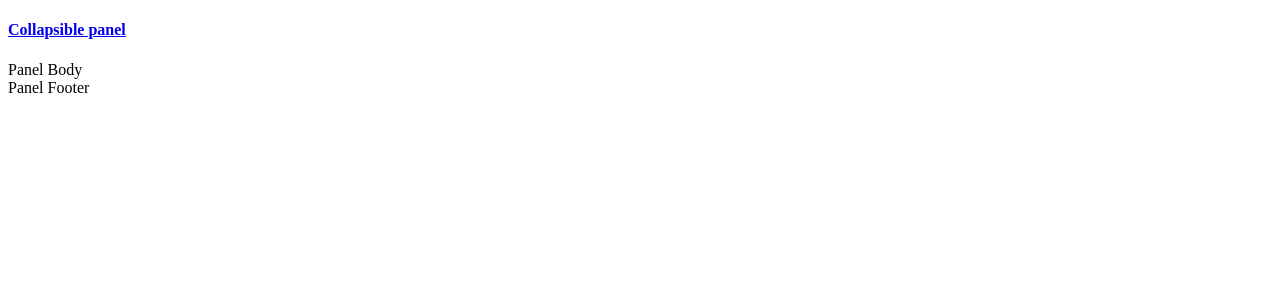
Repository: SmithaMendonca/Project-2
Page: EduCollaborationFrontend/WebContent/c_blog/ShowBlog.html
An editor plug-in stored every save of this project. The page is shown before and after the next save, followed by the edit.
The browser window is 1280 px wide. The pictures show the whole page.

Above is the page before, as saved 2019-07-16 06:30:08.

### EduCollaborationFrontend/WebContent/c_blog/ShowBlog.html
<!DOCTYPE html>
<html>
<body>

<div class="container" ng-controller="BlogController">
   <div class="row">
     <div class="main1">


  <div class="panel-group">
    <div class="panel panel-default">
      <div class="panel-heading">
        <h4 class="panel-title">
          <a data-toggle="collapse" href="#collapse1">Collapsible panel</a>
        </h4>
      </div>
      <div id="collapse1" class="panel-collapse collapse">
        <div class="panel-body">Panel Body</div>
        <div class="panel-footer">Panel Footer</div>
      </div>
    </div>
  </div>

  </div>
 </div>
</div>

</body>
</html>

After the next save:
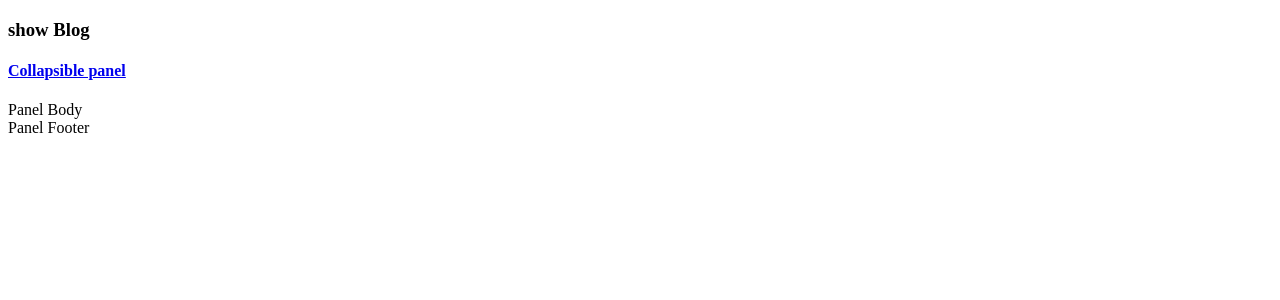
Saved 51 s later.
--- a/EduCollaborationFrontend/WebContent/c_blog/ShowBlog.html
+++ b/EduCollaborationFrontend/WebContent/c_blog/ShowBlog.html
@@ -5,7 +5,7 @@
 <div class="container" ng-controller="BlogController">
    <div class="row">
      <div class="main1">
-
+    	<h3>show Blog</h3>
 
   <div class="panel-group">
     <div class="panel panel-default">
